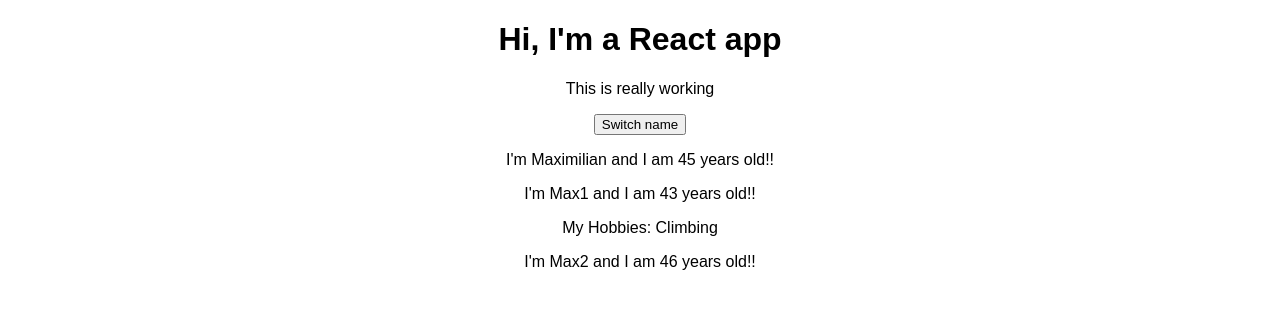
Repository: cristinadoroftei/FirstReactProject
Page: /
These files come from the project's save history. The page is drawn as it stood at one moment and after the next save; the edit follows.
The browser window is 1280 px wide. The pictures show the whole page.
The project was rebuilt for these pictures with package versions that can differ from the ones it lists, and the page was loaded fresh each time.

Above is the page before, as saved 2020-07-08 09:57:31.

### src/App.js
//import React which is responsible for rendering things in the DOM and Component to extend the Component class
import React, { Component } from 'react';
import './App.css';
import Person from './Person/Person.js'


class App extends Component {
  state = {
    persons: [
      {name: 'Maximilian', age:28},
      {name: 'Max1', age:29},
      {name: 'Max2', age:29}
    ]
  }
  render() {
    return (
      <div className="App">
        <h1>Hi, I'm a React app</h1>
        <p>This is really working</p>
        <button>Switch name</button>
        <Person name= {this.state.persons[0].name} age="45"/>
        <Person name= {this.state.persons[1].name} age="43">My Hobbies: Climbing</Person>
        <Person name= {this.state.persons[2].name} age="46"/>
      </div>
    );
    // return React.createElement('div', null, React.createElement('h1', {className: 'App'}, 'Hi, Im a react app!') )
  }
}

export default App;

### src/Person/Person.js
import React from 'react';


const person = (props) => {
    return (
        <div>
            <p>I'm {props.name}  and I am {props.age} years old!!</p>
            <p>{props.children}</p>
        </div>

    )
};


export default person;

Loaded but not shown: public/index.html (common file); src/index.js (common file); src/index.css (common file); src/registerServiceWorker.js (common file); src/App.css (common file)

After the next save:
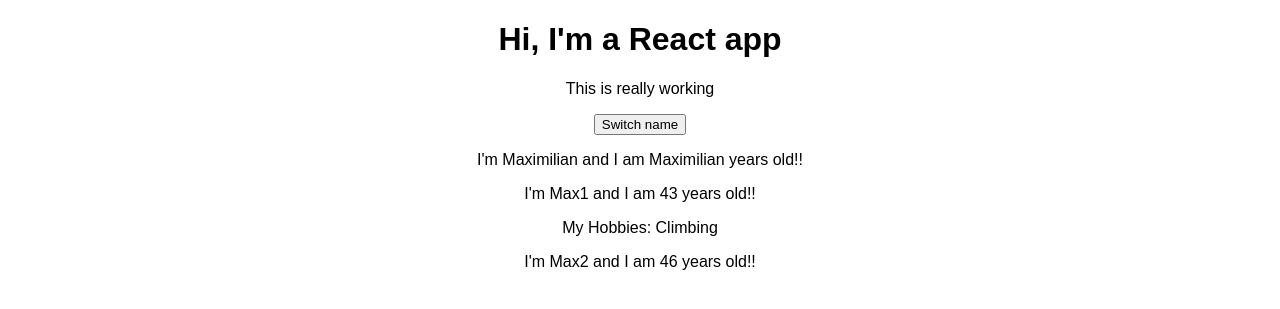
Saved 18 s later.
--- a/src/App.js
+++ b/src/App.js
@@ -18,7 +18,7 @@ class App extends Component {
         <h1>Hi, I'm a React app</h1>
         <p>This is really working</p>
         <button>Switch name</button>
-        <Person name= {this.state.persons[0].name} age="45"/>
+        <Person name= {this.state.persons[0].name} age={this.state.persons[0].name}/>
         <Person name= {this.state.persons[1].name} age="43">My Hobbies: Climbing</Person>
         <Person name= {this.state.persons[2].name} age="46"/>
       </div>
